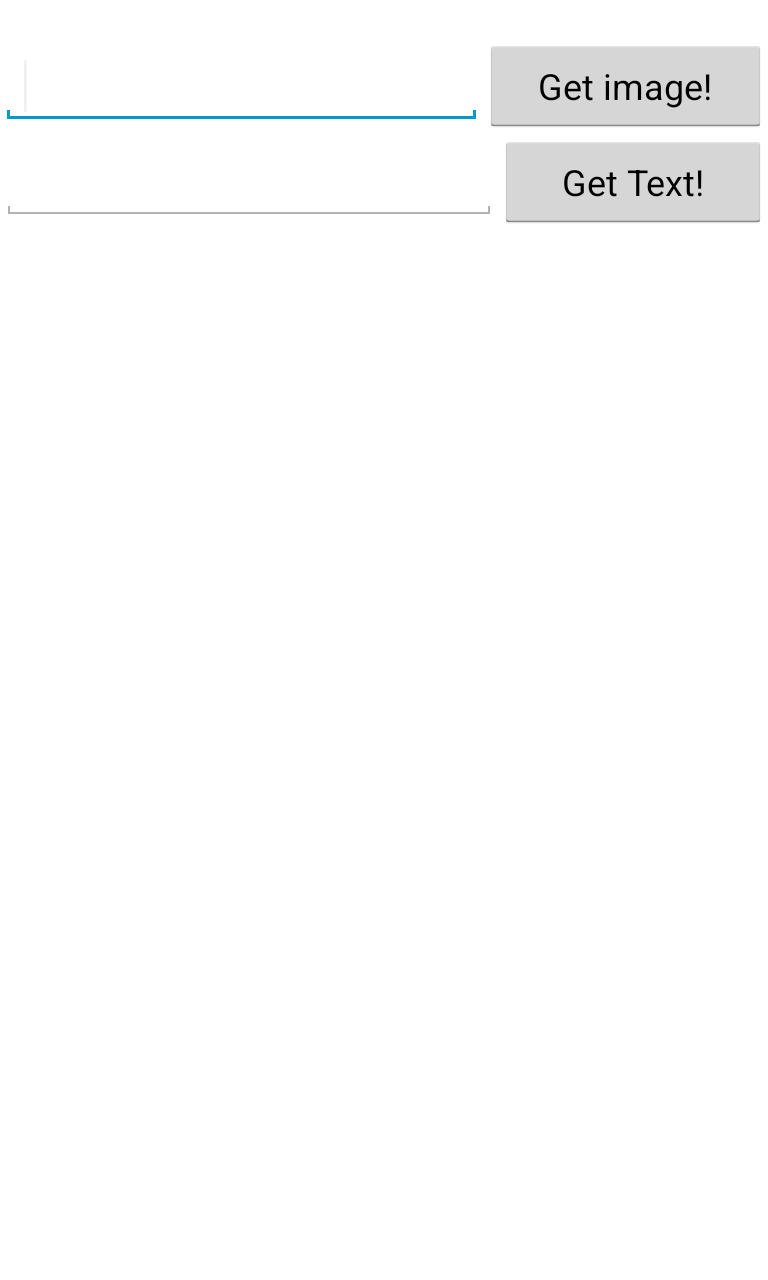
Repository: maya-alba/BasicInterface
Layout: URLConnection/res/layout/activity_main.xml
The author's editor kept a copy of each file at every save. The layout is drawn from the files as they stood at one save, then again after a run of saves.
It is drawn on a 768 x 1280 px phone screen (xhdpi) without system bars, with theme AppTheme; the app's code is not run.

Above is the layout before, as saved 2014-04-11 23:15:02.

After the next 2 saves:
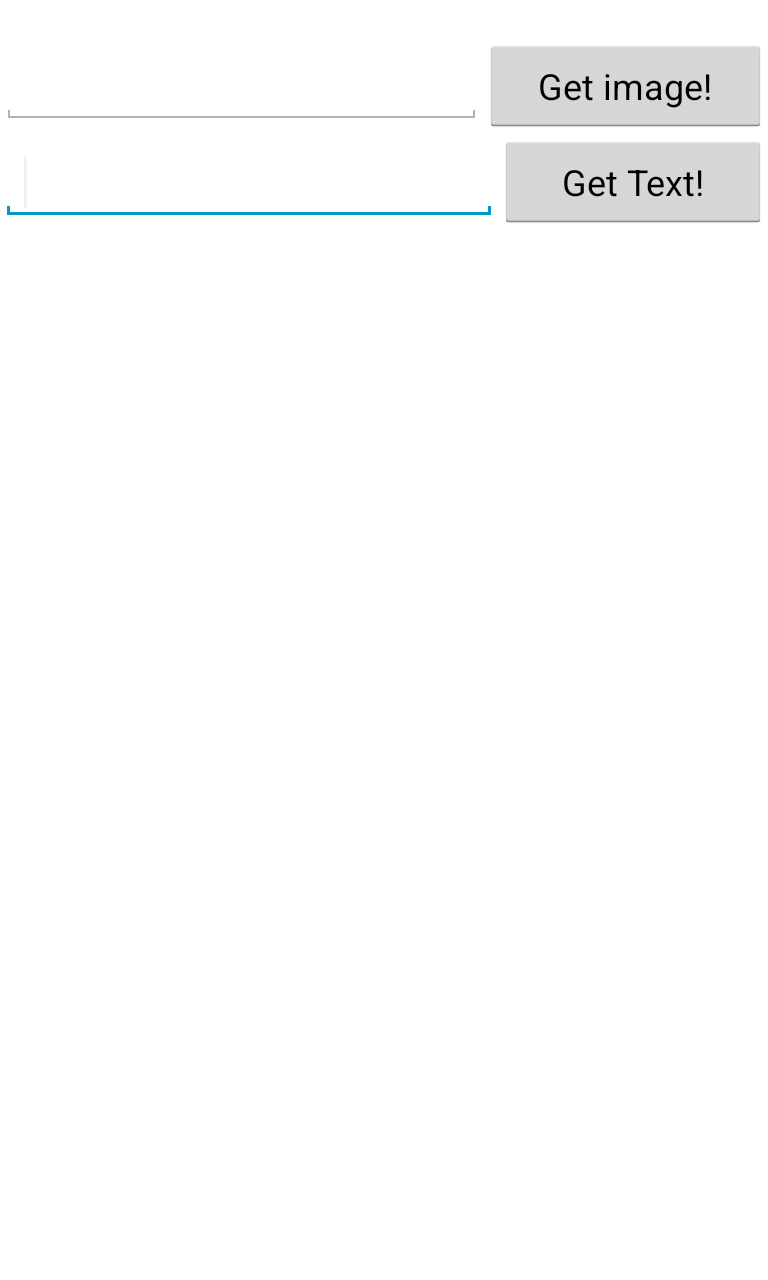
The 2 saves are shown as one change because 1 did not build or start.
The last was saved 4 min 30 s later.
--- a/URLConnection/res/layout/activity_main.xml
+++ b/URLConnection/res/layout/activity_main.xml
@@ -48,7 +48,9 @@
 		    android:layout_width="wrap_content"
 		    android:layout_height="wrap_content"
 		    android:layout_weight="1"
-		    android:ems="10" />
+		    android:ems="10" >
+		    <requestFocus />
+		 </EditText>
 
 		<Button
 		    android:id="@+id/Button02"

After the save that followed:
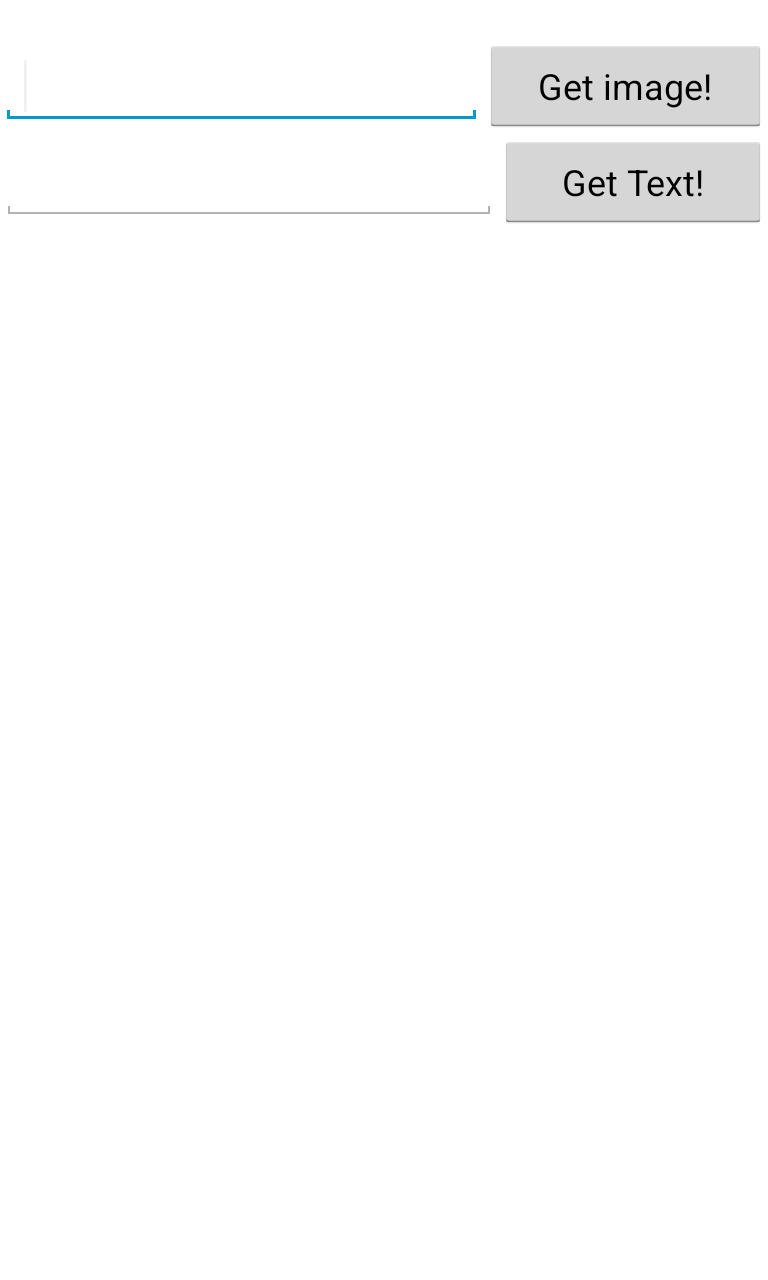
Saved 48 s later.
--- a/URLConnection/res/layout/activity_main.xml
+++ b/URLConnection/res/layout/activity_main.xml
@@ -48,9 +48,8 @@
 		    android:layout_width="wrap_content"
 		    android:layout_height="wrap_content"
 		    android:layout_weight="1"
-		    android:ems="10" >
-		    <requestFocus />
-		 </EditText>
+		    android:ems="10"
+		    />
 
 		<Button
 		    android:id="@+id/Button02"
